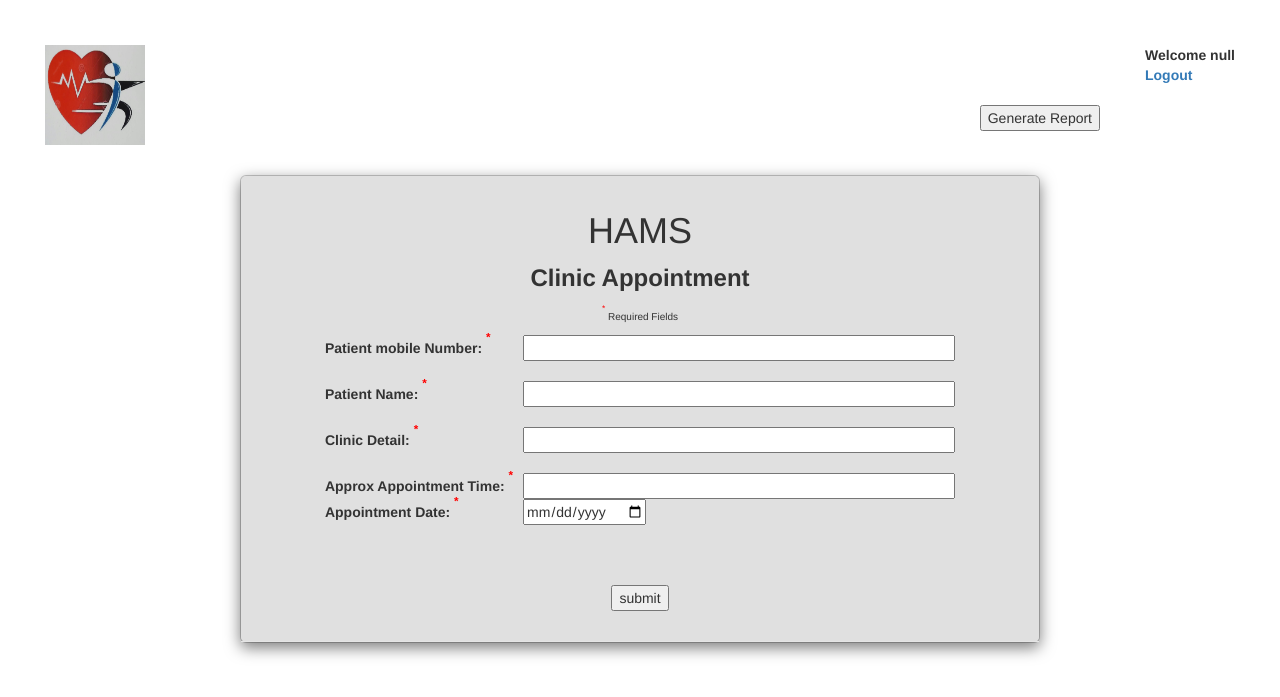
Repository: shiveshk/PullData
Page: http://localhost/Hams/edit.jsp
The author's editor kept a copy of each file at every save. The page is drawn from the files as they stood at one save, then again after the next save.
The browser window is 1280 px wide. The pictures show the whole page.
The page is served by Tomcat 9.

Above is the page before, as saved 2015-11-30 14:06:23.
Console error (its wording comes from the project's code and is left out).

After the next save:
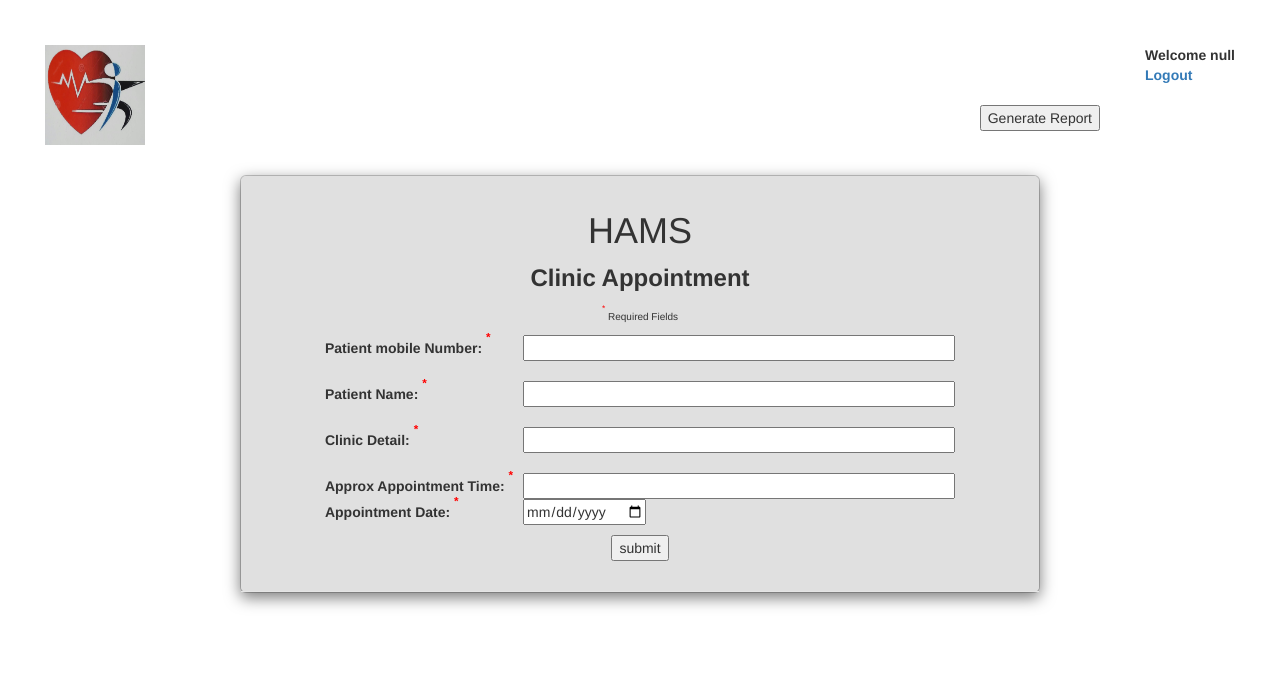
Saved 21 s later.
--- a/Hams/WebContent/edit.jsp
+++ b/Hams/WebContent/edit.jsp
@@ -93,7 +93,7 @@
 
 </table>
 
-<input type="submit" name="submit" value="submit" style="margin-top: 60px;  "/>
+<input type="submit" name="submit" value="submit" style="margin-top: 10px;  "/>
 </div>
 </form>
 		</div>
